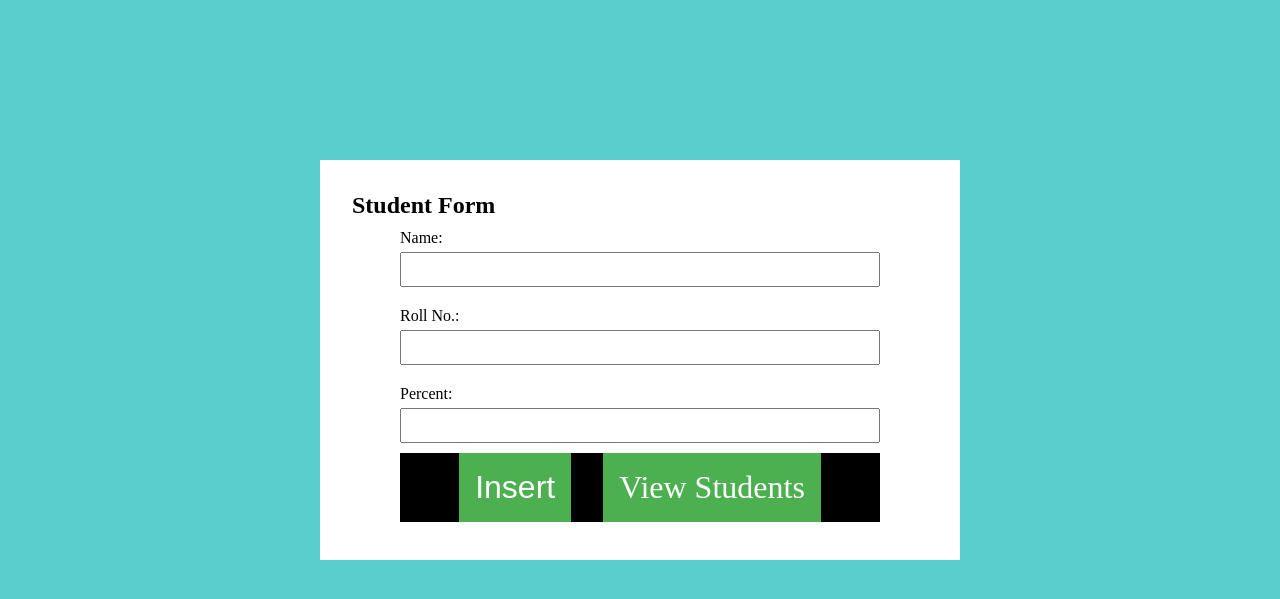
Repository: deeptimahisare1206/Todo_List
Page: http://localhost/Hib_Nest/
An editor plug-in stored every save of this project. The page is shown before and after the next save, followed by the edit.
The browser window is 1280 px wide. The pictures show the whole page.
The page is served by Tomcat 10. Other server files are loaded and not shown.

Above is the page before, as saved 2024-11-17 16:13:18.

### Hib_Nest/src/main/webapp/index.jsp
<%@ page language="java" contentType="text/html; charset=UTF-8"
	pageEncoding="UTF-8"%>
<html>
<head>
<style>
*{
margin:0;
padding:0;
box-sizing: border-box;

}
body {
display:grid;
place-items:center;
	background-color: #5acdcd;
	gap: 2rem;
	height: 100vh;
}

.container{
padding:2rem;
	background-color: white;
	height: 25rem;
	width:50vw;
}

form {
    width: 30rem;
    margin: 0 auto;
}

label {
    display: block;
    margin: 10px 0 5px;
}

input[type="text"],
input[type="number"] {
    width: 100%;
    padding: 8px;
    margin-bottom: 10px;
}

input[type="submit"] ,a{
    background-color: #4CAF50;
    color: white;
    font-size:2rem;
    padding: 1rem;
    border: none;
    cursor: pointer;
    text-decoration: none;
}

input[type="submit"]:hover {
    background-color: #45a049;
}
.btns{
width: 100%;
background-color: black;
display: flex;
gap:2rem;
justify-content:center;
}
</style>
</head>
<body>
<div class="container">
	<h2>Student Form</h2>

	<form action="Register" method="get">
		<label>Name:</label><input type="text" name="name"><label>Roll
			No.: </label> <input type="number" name="roll"> <label>Percent:
		</label><input type="number" name="percent">
		<div class="btns"> <input type="submit"
			value="Insert">
			<a href="Display.jsp">View Students</a></div>
	</form>
	</div>
</body>
</html>

After the next save:
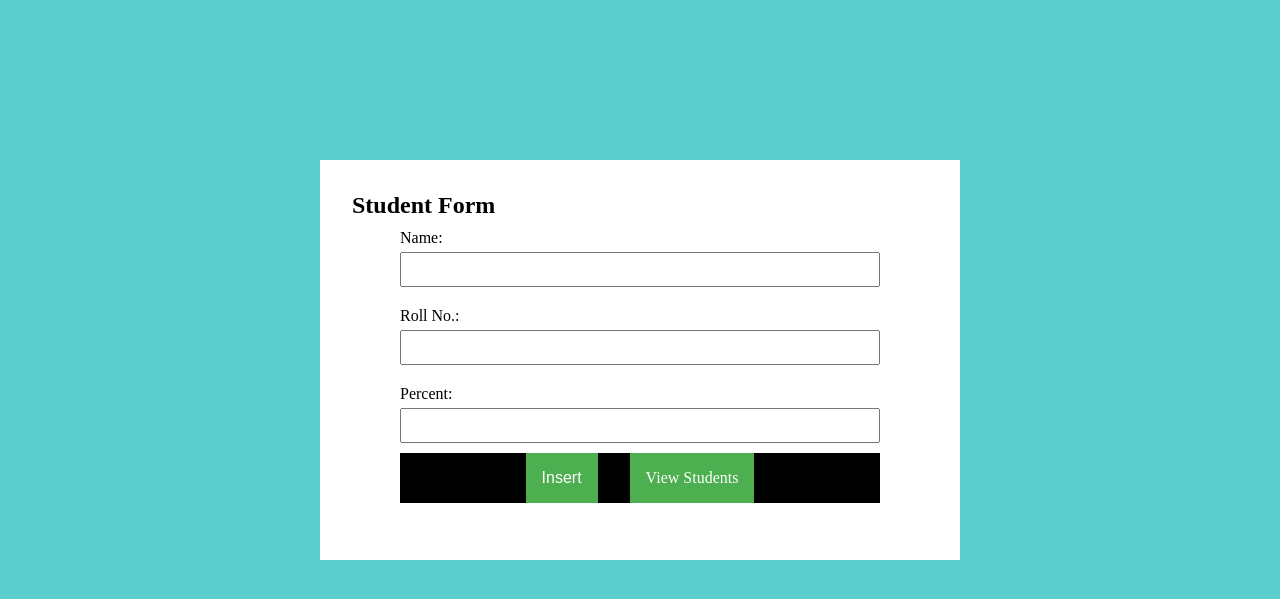
Saved 12 s later.
--- a/Hib_Nest/src/main/webapp/index.jsp
+++ b/Hib_Nest/src/main/webapp/index.jsp
@@ -44,7 +44,7 @@ input[type="number"] {
 input[type="submit"] ,a{
     background-color: #4CAF50;
     color: white;
-    font-size:2rem;
+    font-size:1rem;
     padding: 1rem;
     border: none;
     cursor: pointer;
